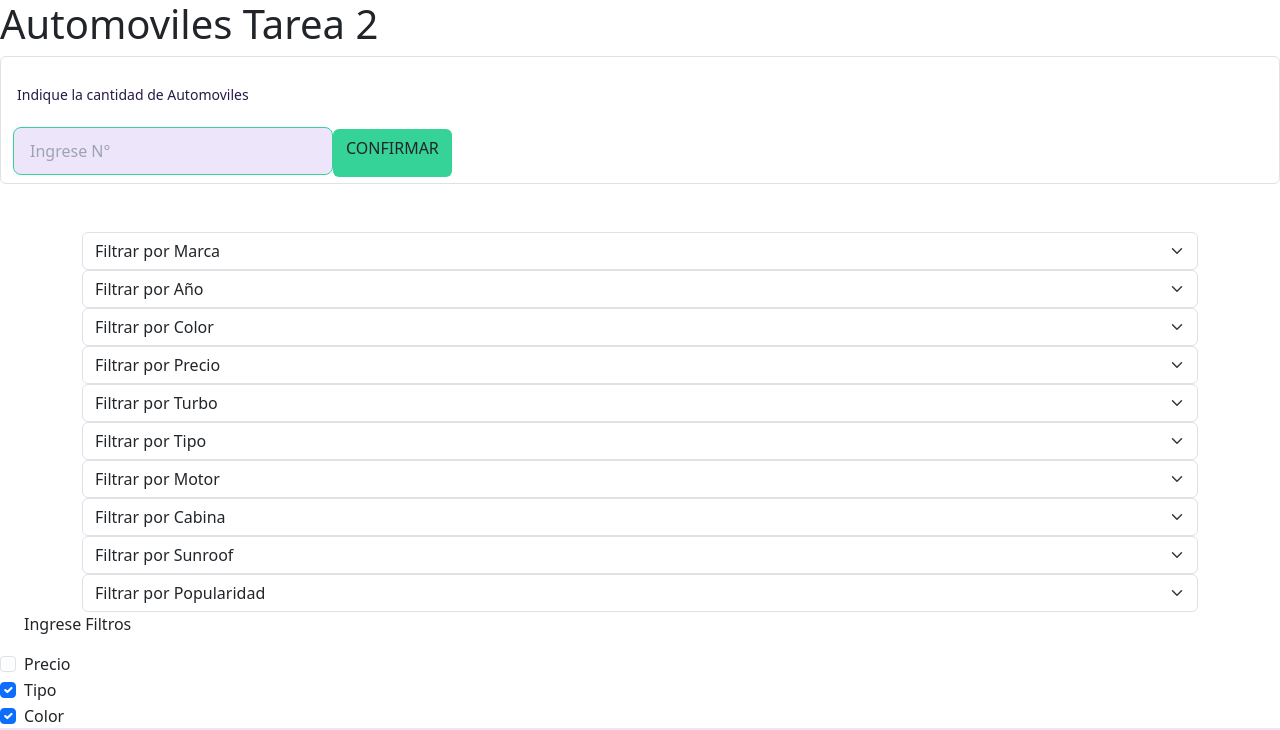
Repository: Claudioxs/Tarea2
Page: /automovil (app in FrontEnd/vue-project/)
An editor plug-in stored every save of this project. The page is shown before and after the next save, followed by the edit.
The browser window is 1280 px wide. The pictures show the whole page.
The project was rebuilt for these pictures with package versions that can differ from the ones it lists, and the page was loaded fresh each time. Also part of the build but not shown: FrontEnd/vue-project/vite.config.js, FrontEnd/vue-project/src/components/HelloWorld.vue.

Above is the page before, as saved 2023-05-22 23:11:25.

### FrontEnd/vue-project/src/main.js


import { createApp } from 'vue'
import App from './App.vue'
import router from './router'
import './style.css'
import 'bootstrap/dist/css/bootstrap.css'
import bootstrap from 'bootstrap/dist/js/bootstrap.bundle.js'

const app = createApp(App)

app.use(router,bootstrap)

app.mount('#app')

### FrontEnd/vue-project/src/App.vue
<script setup>
import { RouterLink, RouterView } from 'vue-router'
import HelloWorld from './components/HelloWorld.vue'
</script>

<template>

  <RouterView />
</template>

<style scoped>

</style>

### FrontEnd/vue-project/src/router/index.js
import { createRouter, createWebHistory } from 'vue-router'

import Automovil from '../views/Automovil.vue'

const router = createRouter({
  history: createWebHistory(import.meta.env.BASE_URL),
  routes: [

    {
      path: '/automovil',
      name: 'automovil',
      component: Automovil
    }
  ]
})

export default router

### FrontEnd/vue-project/src/views/Automovil.vue
<template>



<h1 >Automoviles Tarea 2</h1>

<div class="form-control ">
  <label class="label">
    <span class="label-text">Indique la cantidad de Automoviles </span>
    <br><br>

  </label>
 <div class="holos">
  <input type="number" placeholder="Ingrese N°" class="input input-bordered input-success w-full max-w-xs" />
    <label for="ModalBorrar"  @click="crearAutomovil(label-text)" class="btn" style="background-color: #36D399">Confirmar</label>
  </div>
</div>
<br><br>
<div class="container">
<select class="form-select" aria-label="Default select example" aria-expanded="false">
  <option selected>Filtrar por Marca</option>
  <option value="1">Marca</option>
  <option value="2">Año</option>

</select>
<select class="form-select" aria-label="Default select example">
  <option selected>Filtrar por Año</option>
  <option value="1">Marca</option>
  <option value="2">Año</option>

</select>
<select class="form-select" aria-label="Default select example">
  <option selected>Filtrar por Color</option>
  <option value="1">Rojo</option>
  <option value="2">Blanco</option>
  <option value="3">Negro</option>
  <option value="4">Azul</option>
  <option value="5">Amarillo</option>

</select>
<select class="form-select" aria-label="Default select example">
  <option selected>Filtrar por Precio</option>
  <option value="1">Marca</option>
  <option value="2">Año</option>

</select>
<select class="form-select" aria-label="Default select example">
  <option selected>Filtrar por Turbo</option>
  <option value="1">Marca</option>
  <option value="2">Año</option>

</select>
<select class="form-select" aria-label="Default select example">
  <option selected>Filtrar por Tipo</option>
  <option value="1">Marca</option>
  <option value="2">Año</option>

</select>
<select class="form-select" aria-label="Default select example">
  <option selected>Filtrar por Motor</option>
  <option value="1">Marca</option>
  <option value="2">Año</option>

</select>
<select class="form-select" aria-label="Default select example">
  <option selected>Filtrar por Cabina</option>
  <option value="1">Marca</option>
  <option value="2">Año</option>

</select>
<select class="form-select" aria-label="Default select example">
  <option selected>Filtrar por Sunroof</option>
  <option value="1">Marca</option>
  <option value="2">Año</option>

</select>
<select class="form-select" aria-label="Default select example">
  <option selected>Filtrar por Popularidad</option>
  <option value="1">Marca</option>
  <option value="2">Año</option>

</select>
</div>

<div class="form-check">
    <p class="text-start">Ingrese Filtros</p>

  <input class="form-check-input" type="checkbox" value="" id="flexCheckDefault">
  <label class="form-check-label" for="flexCheckDefault">
  Precio
  </label>
</div>
<div class="form-check">
  <input class="form-check-input" type="checkbox" value="" id="flexCheckChecked" checked>
  <label class="form-check-label" for="flexCheckChecked">
    Tipo
  </label>
</div>
  <div class="form-check">
  <input class="form-check-input" type="checkbox" value="" id="flexCheckColor" checked>
  <label class="form-check-label" for="flexCheckColor">
    Color
  </label>
</div>


</template>

<style>
.container{
   margin-left: 5px;
   padding-right: 900px;

}


</style>

<script>
import axios from 'axios'

export default {

  data: () => ({


  }),

  methods: {

    cearAutomovil(cant){
     axios({
       method: "GET",
       url: "http://localhost:8080/automovil/generate?cantidad="+cant,

       }).then((res) => {
        alert(
         "Automoviles creados"
        )
       }).catch((err) => console.log(err));
    },

    //filtramos por color
    filtrarColor(col){
      axios({
       method: "GET",
       url: "http://localhost:8080/automovil/buscarPorColor?color="+col,

       }).then((res) => {
        alert(
         "Periodo Añadido correctamente a asignatura"
        )
       }).catch((err) => console.log(err));
    }
   }

}

</script>

### FrontEnd/vue-project/tailwind.config.js
/** @type {import('tailwindcss').Config} */
module.exports = {
  daisyui: {
    themes: [
      {
        mytheme: {

            "primary": "#1D0027",

            "secondary": "#A181E2",

            "accent": "#37CDBE",

            "neutral": "#D9D9D9",

            "base-100": "#EDE6FA",

            "info": "#3ABFF8",

            "success": "#36D399",

            "warning": "#FBBD23",

            "error": "#F87272",
        },
      },
    ],
  },
  content: ["./index.html","./src/**/*.{vue,js,ts,jsx,tsx}"],
  theme: {
    extend: {},
  },
  plugins: [require("daisyui")],
}

Loaded but not shown: FrontEnd/vue-project/index.html (common file); FrontEnd/vue-project/src/style.css (common file)

After the next save:
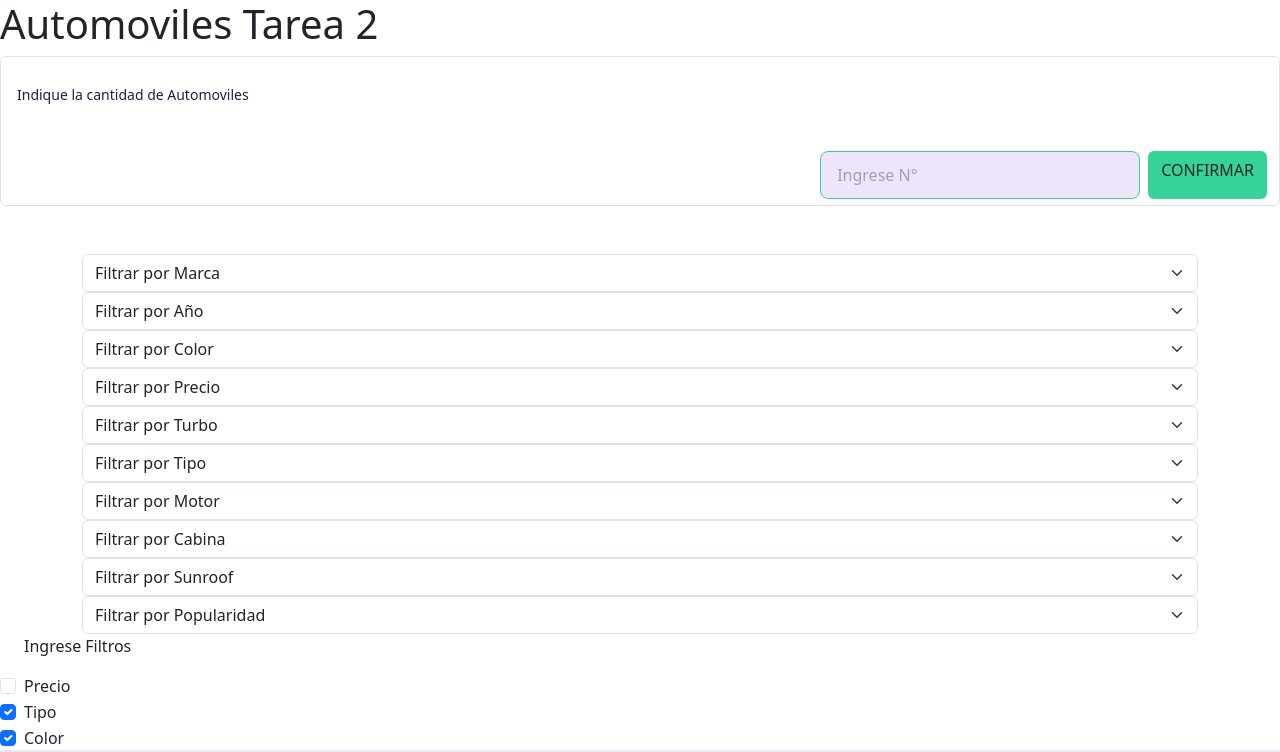
Saved 13 s later.
--- a/FrontEnd/vue-project/src/views/Automovil.vue
+++ b/FrontEnd/vue-project/src/views/Automovil.vue
@@ -10,7 +10,7 @@
     <br><br>
 
   </label>
- <div class="holos">
+ <div class="modal-action">
   <input type="number" placeholder="Ingrese N°" class="input input-bordered input-success w-full max-w-xs" />
     <label for="ModalBorrar"  @click="crearAutomovil(label-text)" class="btn" style="background-color: #36D399">Confirmar</label>
   </div>

After the save that followed:
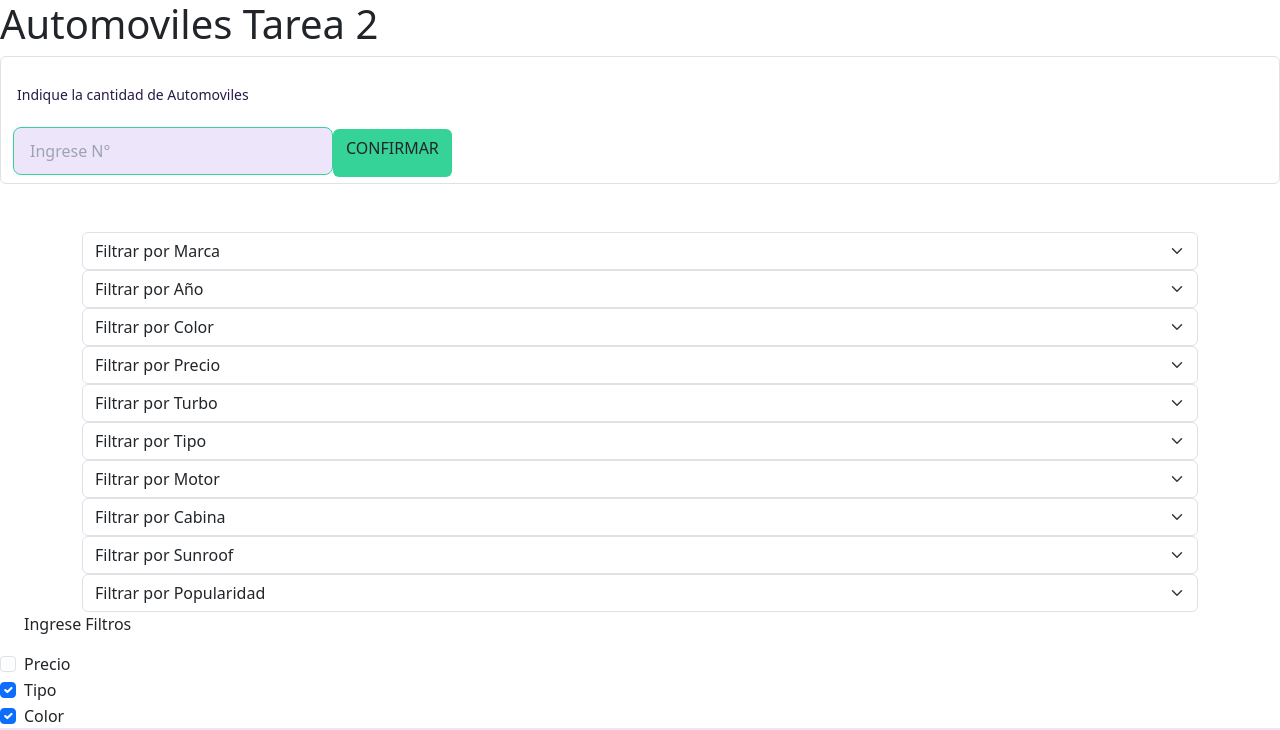
Saved 111 s later.
--- a/FrontEnd/vue-project/src/views/Automovil.vue
+++ b/FrontEnd/vue-project/src/views/Automovil.vue
@@ -10,7 +10,7 @@
     <br><br>
 
   </label>
- <div class="modal-action">
+ <div class="modal-action-start" >
   <input type="number" placeholder="Ingrese N°" class="input input-bordered input-success w-full max-w-xs" />
     <label for="ModalBorrar"  @click="crearAutomovil(label-text)" class="btn" style="background-color: #36D399">Confirmar</label>
   </div>
